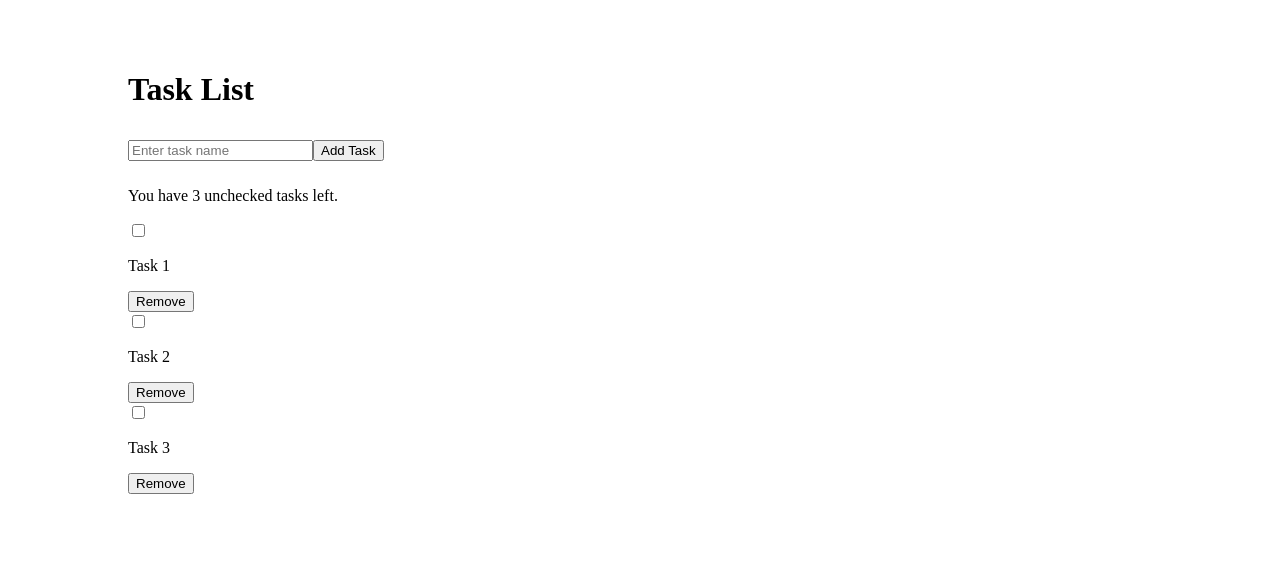
Repository: SandyLy453/task-list
Page: /
The author's editor kept a copy of each file at every save. The page is drawn from the files as they stood at one save, then again after the next save.
The browser window is 1280 px wide. The pictures show the whole page.
The project was rebuilt for these pictures with package versions that can differ from the ones it lists, and the page was loaded fresh each time. Also part of the build but not shown: vite.config.js.

Above is the page before, as saved 2024-10-11 15:17:55.

After the next save:
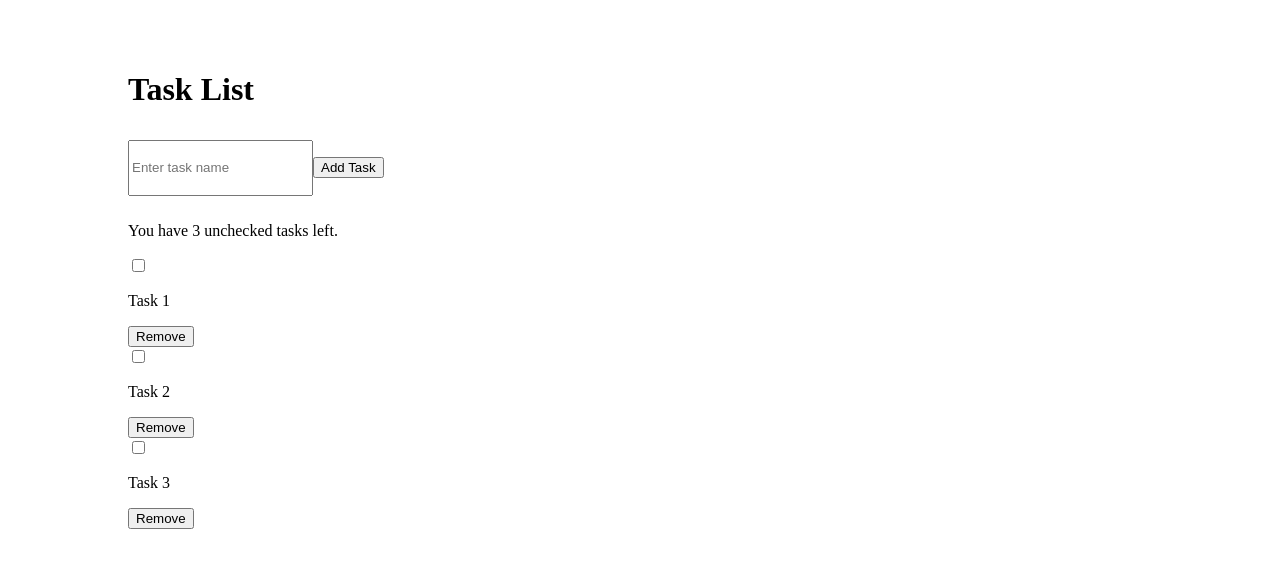
Saved 29 s later.
--- a/src/index.css
+++ b/src/index.css
@@ -6,3 +6,7 @@
 .inputBox {
   padding: 10px 0 10px 0;
 }
+
+.input {
+  height: 50px;
+}
